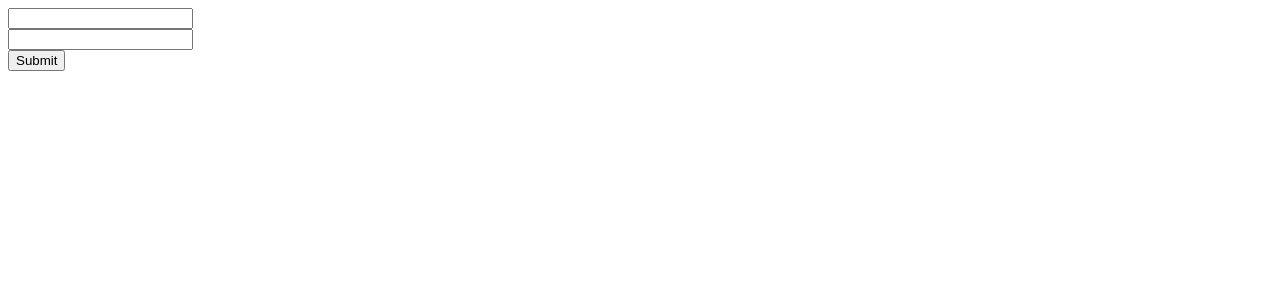
Repository: Manorama09/Spring-Boot-Learning
Page: http://localhost/Spring-Boot-JPA/home.jsp
An editor plug-in stored every save of this project. The page is shown before and after the next save, followed by the edit.
The browser window is 1280 px wide. The pictures show the whole page.
The page is served by Tomcat 9. Other server files are loaded and not shown.

Above is the page before, as saved 2022-02-05 14:49:34.

### Spring-Boot-JPA/src/main/webapp/home.jsp
<%@ page language="java" contentType="text/html; charset=ISO-8859-1"
    pageEncoding="ISO-8859-1"%>
<!DOCTYPE html>
<html>
<head>
<meta charset="ISO-8859-1">
<title>Insert title here</title>
</head>
<body>
	<form action="addAlien">
		<input type="text" name="aid"><br>
		<input type="text" name="aname"><br>
		<input type="submit"><br>
	</form>
</body>
</html>

After the next save:
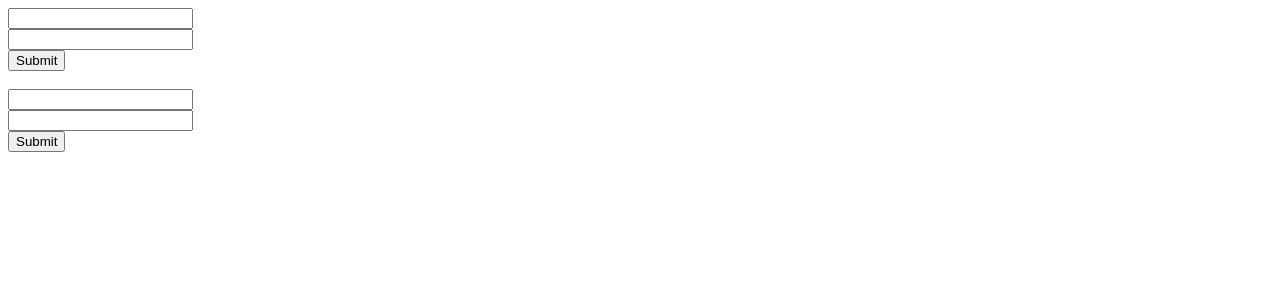
Saved 36 s later.
--- a/Spring-Boot-JPA/src/main/webapp/home.jsp
+++ b/Spring-Boot-JPA/src/main/webapp/home.jsp
@@ -12,5 +12,12 @@
 		<input type="text" name="aname"><br>
 		<input type="submit"><br>
 	</form>
+	<br>
+	<form action="addAlien">
+		<input type="text" name="aid"><br>
+		<input type="text" name="aname"><br>
+		<input type="submit"><br>
+	</form>
+
 </body>
 </html>
